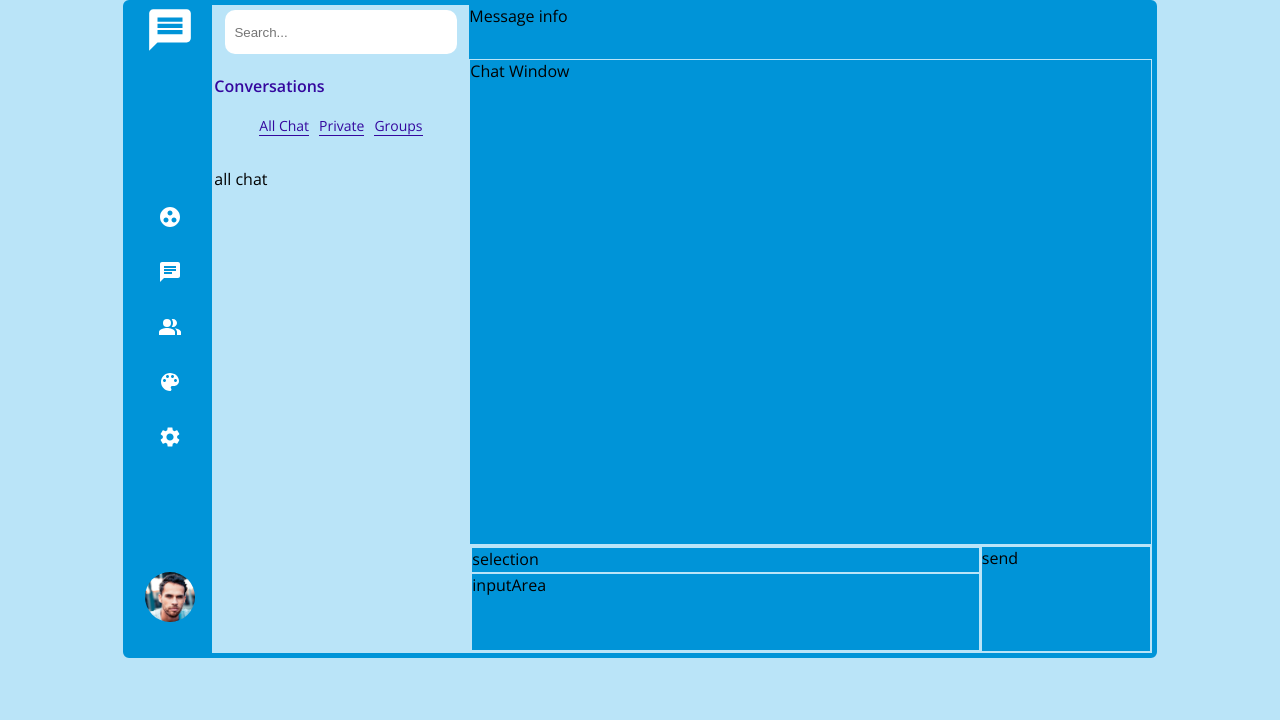
Repository: arafat877/super-chat
Page: /
These files come from the project's save history. The page is drawn as it stood at one moment and after the next save; the edit follows.
The browser window is 1280 px wide. The pictures show the whole page.
The project was rebuilt for these pictures with package versions that can differ from the ones it lists, and the page was loaded fresh each time.

Above is the page before, as saved 2020-08-05 00:21:56.

After the next save:
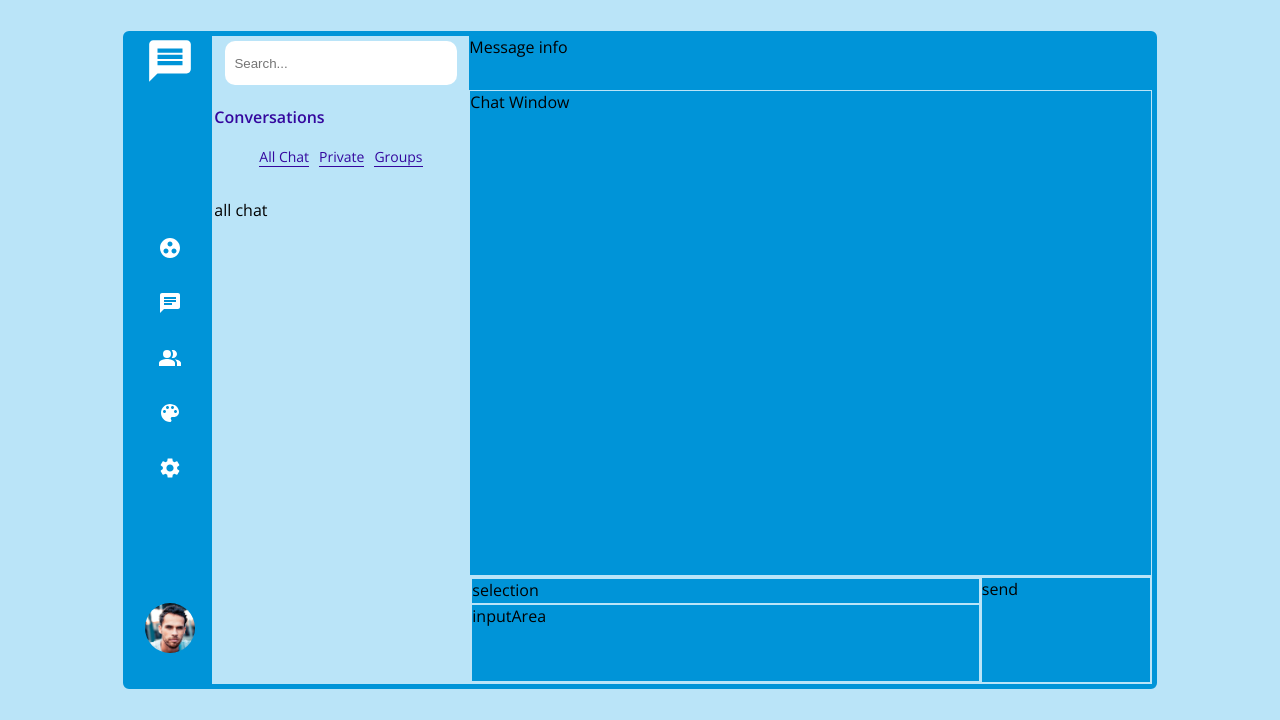
Saved 9 s later.
--- a/src/App.scss
+++ b/src/App.scss
@@ -10,7 +10,7 @@
 .appContainer {
   height: 100vh;
   background-color: var(--main-bg-light);
-  // display: flex;
+  display: flex;
   font-family: 'Open Sans', sans-serif;
 
 
